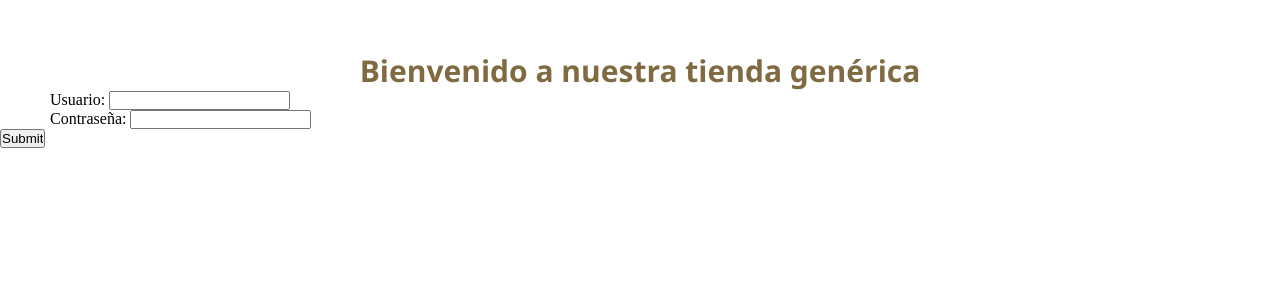
Repository: andresrojas686/tiendaGenericaMintic
Page: primerJSP/src/main/webapp/index.html
These files come from the project's save history. The page is drawn as it stood at one moment and after the next save; the edit follows.
The browser window is 1280 px wide. The pictures show the whole page.

Above is the page before, as saved 2021-09-15 01:20:13.

After the next save:
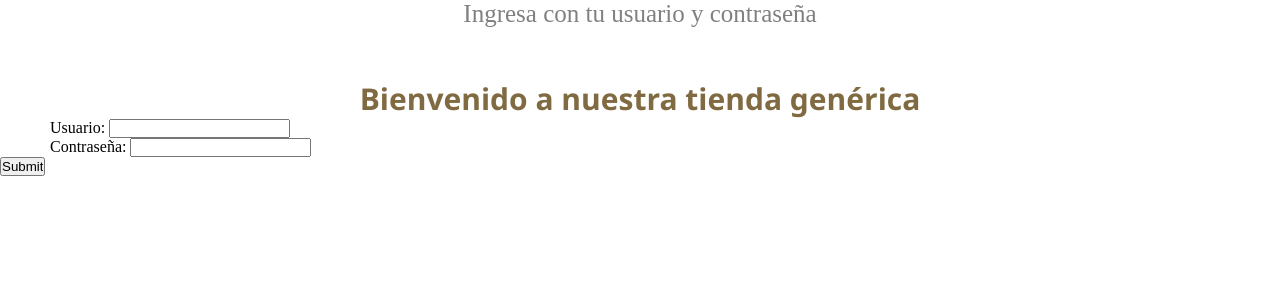
Saved 92 s later.
--- a/primerJSP/src/main/webapp/index.html
+++ b/primerJSP/src/main/webapp/index.html
@@ -6,6 +6,9 @@
 <title>Tienda generica</title>
 </head>
 <body>
+	<div class="border-top border-bottom py-3">
+		<p class="ingresa">Ingresa con tu usuario y contraseña</p>
+    </div>
 	<h1 class="titulo-tienda">Bienvenido a nuestra tienda genérica</h1>
 	<form action="comprobarUsuario.jsp" method="post">
 		<div>
